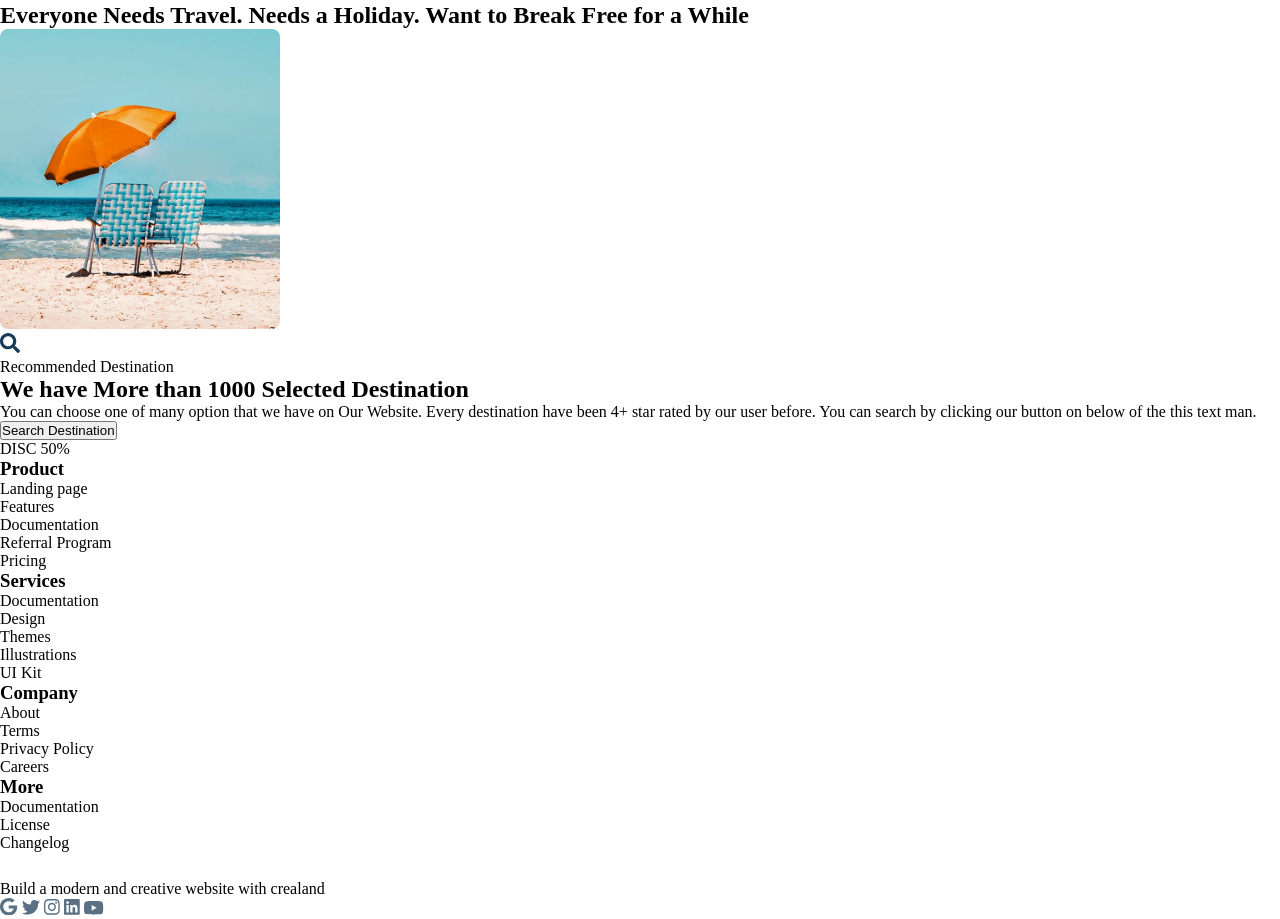
Repository: daviHmoraes/frontcomtailwind
Page: index.html
These files come from the project's save history. The page is drawn as it stood at one moment and after the next save; the edit follows.
The browser window is 1280 px wide. The pictures show the part of the page from y = 3904 to 4845 px (the page is 4823 px tall before and 4845 px after).
A picture or video elsewhere on the page could not be fetched, so the positions and the page height are approximate.

Above is the page before, as saved 2026-08-31 18:23:29.

### index.html
<!DOCTYPE html>
<html lang="en">
<head>
    <meta charset="UTF-8">
    <meta name="viewport" content="width=device-width, initial-scale=1.0">
    <title>Ehya - Home Page</title>
    <link rel="stylesheet" href="/css/style.css">
</head>
<body>

    <header>

        <section class="header">
            <img src="/img/Logo.svg" alt="Ehya Company Logo">
            <img src="/img/hamburguer-menu.svg" alt="Hamburguer menu Icon">
        </section>

        <section class="hero">

            <div class="hero-content">
                <h1>
                    Start Exploring to
                    Find Inner Peace
                    by Traveling
                </h1>

                <p>
                    Lost yourself with Vacation and
                    Travel into the place that you never
                    visit before. We have thousand
                    places in our database for you.
                </p>
            </div>

            <div class="form-card">

                <img src="/img/background-image.png" alt="Beach Background Image">

                <h2>
                    You can start search here
                </h2>

                <p>
                    Find thousand destination for travelling
                    with best prices. Apply “EHYA50” Code
                    on Payment Process.
                </p>

                <form>
                    <label for="where">Where</label><br>
                    <input type="text" id="where" name="where"><br>

                    <label for="checkin">Check In</label><br>
                    <input type="date" id="checkin" name="checkin"><br>

                    <label for="checkout">Check Out</label><br>
                    <input type="date" id="checkout" name="checkout"><br>

                    <label for="guests">Guests</label><br>
                    <input type="text" id="guests" name="guests"><br>

                    <input type="submit" id="submit">
                </form>
            </div>

            <img src="/img/circle.svg" alt="Circle Around the Arrow Icon">
            <img src="/img/south-arrow.svg" alt="South Pointing Arrow">

        </section>
    </header>

    <main>

        <section class="benefits">
            <h2>
                Travelya Benefit
                for User
            </h2>

            <p>
                We are self-service data analytics
                software that lets you create visually
                appealing data visualizations and
                insightful dashboards in minutes.
            </p>

            <div class="cards">
                <div class="card">
                    <img src="/img/card-icon/cheap-icon.svg" alt="Label Icon">

                    <div class="card-content">
                        <h3>
                            Cheap than Other
                        </h3>
                        <p>
                            Travelya is cheaper than other
                            travel agency.
                        </p>
                    </div>
                </div>

                <div class="card">
                    <img src="/img/card-icon/secure-icon.png" alt="Shield Icon">

                    <div class="card-content">
                        <h3>
                            Secure Payment
                        </h3>
                        <p>
                            You can pay your book without
                            doubt again.
                        </p>
                    </div>
                </div>

                <div class="card">
                    <img src="/img/card-icon/free-icon.svg" alt="AC Icon">

                    <div class="card-content">
                        <h3>
                            Free Amenities
                        </h3>
                        <p>
                            We guarantee you can give free amenities wherever
                            you are.
                        </p>
                    </div>
                </div>

                <div class="card">
                    <img src="/img/card-icon/top-icon.svg" alt="Crown Icon">

                    <div class="card-content">
                        <h3>
                            Top Rated
                        </h3>
                        <p>
                            Only show best destination
                            with 1000+ super review user
                        </p>
                    </div>
                </div>

                <div class="card">
                    <img src="/img/card-icon/best-icon.svg" alt="Medal Icon">

                    <div class="card-content">
                        <h3>
                            Best Offers
                        </h3>
                        <p>
                            Inform you about all best
                            offers for all destination
                        </p>
                    </div>
                </div>

                <div class="card">
                    <img src="/img/card-icon/easy-icon.svg" alt="Like Icon">

                    <div class="card-content">
                        <h3>
                            Easy Book
                        </h3>
                        <p>
                            Follow flow, Click, Pay. Wait.
                            Just wait e-ticket
                        </p>
                    </div>
                </div>

                <div class="card">
                    <img src="/img/card-icon/refund-icon.svg" alt="Hands Shell Icon">

                    <div class="card-content">
                        <h3>
                            Fast Refund
                        </h3>
                        <p>
                            If you canceled. We can refund
                            your money 1x12
                        </p>
                    </div>
                </div>

                <div class="card">
                    <img src="/img/card-icon/support-icon.svg" alt="Headphone Icon">

                    <div class="card-content">
                        <h3>
                            24/7 Support
                        </h3>
                        <p>
                            We’re ready help you anytime
                            and anywhere you are.
                        </p>
                    </div>
                </div>
            </div>
        </section>

        <section class="popular-destinations">
            <h2>
                Popular Destinations
            </h2>

            <div class="destinations">
                <div class="destination">
                    <img src="/img/destinations/venice.png" alt="Aerial Footage of Venice - Italy">
                    <h3>
                        Venice, Italy
                    </h3>
                    <p>
                        Travelling into the popular river in Italy
                    </p>
                    <button class="see-offers">
                        See Offers
                    </button>
                </div>

                <div class="destination">
                    <img src="/img/destinations/paris.png" alt="Aerial Footage of Paris - France">
                    <h3>
                        Paris, France
                    </h3>
                    <p>
                        Romance in popular world landmark
                    </p>
                    <button class="see-offers">
                        See Offers
                    </button>
                </div>

                <div class="destination">
                    <img src="/img/destinations/bali.png" alt="Aerial Footage of Bali - Indonesia">
                    <h3>
                        Bali, Indonesia
                    </h3>
                    <p>
                        See best sunset ver in the world
                    </p>
                    <button class="see-offers">
                        See Offers
                    </button>
                </div>

                <div class="destination">
                    <img src="/img/destinations/bali.png" alt="Aerial Footage of Santorini - Greece">
                    <h3>
                        Santorini, Greece
                    </h3>
                    <p>
                        Visit the 1000 Gods Country
                    </p>
                    <button class="see-offers">
                        See Offers
                    </button>
                </div>
            </div>

            <div class="see-offers">
                <a href="#">See All Offers</a>
                <img src="/img/east-arrow.svg" alt="East Pointing Arrow">
            </div>
        </section>

        <section class="about-travelya">
            <h3>
                ABOUT TRAVELYA
            </h3>

            <h1>
                Everyone Needs Travel. Needs a Holiday.
                Want to Break Free for a While
            </h1>

            <img src="/img/recommended-destination.png" alt="Beach Umbrella Footage">

            <div>
                <img src="/img/search.svg" alt="Search Bloom Icon">
                <p>Recommended Destination</p>
            </div>

            <h2>
                We have More than 1000
                Selected Destination
            </h2>

            <p>
                You can choose one of many option
                that we have on Our Website. Every
                destination have been 4+ star rated
                by our user before. You can search
                by clicking our button on below of
                the this text man.
            </p>

            <button class="search-destination">
                Search Destination
            </button>

            <div class="holiday-card">
                <span class="discount">DISC 50%</span>
                <h3></h3>
            </div>

        </section>

    </main>

    <footer>
        <div class="redirects">
            <article>
                <h3>Product</h3>
                <p>Landing page</p>
                <p>Features</p>
                <p>Documentation</p>
                <p>Referral Program</p>
                <p>Pricing</p>
            </article>

            <article>
                <h3>Services</h3>
                <p>Documentation</p>
                <p>Design</p>
                <p>Themes</p>
                <p>Illustrations</p>
                <p>UI Kit</p>
            </article>

            <article>
                <h3>Company</h3>
                <p>About</p>
                <p>Terms</p>
                <p>Privacy Policy</p>
                <p>Careers</p>
            </article>

            <article>
                <h3>More</h3>
                <p>Documentation</p>
                <p>License</p>
                <p>Changelog</p>
            </article>
        </div>

        <div class="footer-content">
            <img src="/img/logo.svg" alt="Logo da empresa Ehya">

            <p>
                Build a modern and creative website with crealand
            </p>

            <div class="contacts">
                <img src="/img/footer-icons/google.svg" alt="Redirect Contact Google icon">
                <img src="/img/footer-icons/twitter.svg" alt="Redirect Contact Twitter icon">
                <img src="/img/footer-icons/instagram.svg" alt="Redirect Contact Instagram icon">
                <img src="/img/footer-icons/linkedin.svg" alt="Redirect Contact Linkedin icon">
                <img src="/img/footer-icons/youtube.svg" alt="Redirect Contact Youtube icon">
            </div>

        </div>

    </footer>

</body>
</html>

### css/style.css
* {
    margin: 0;
    padding: 0;
    overflow-x: hidden;
}

After the next save:
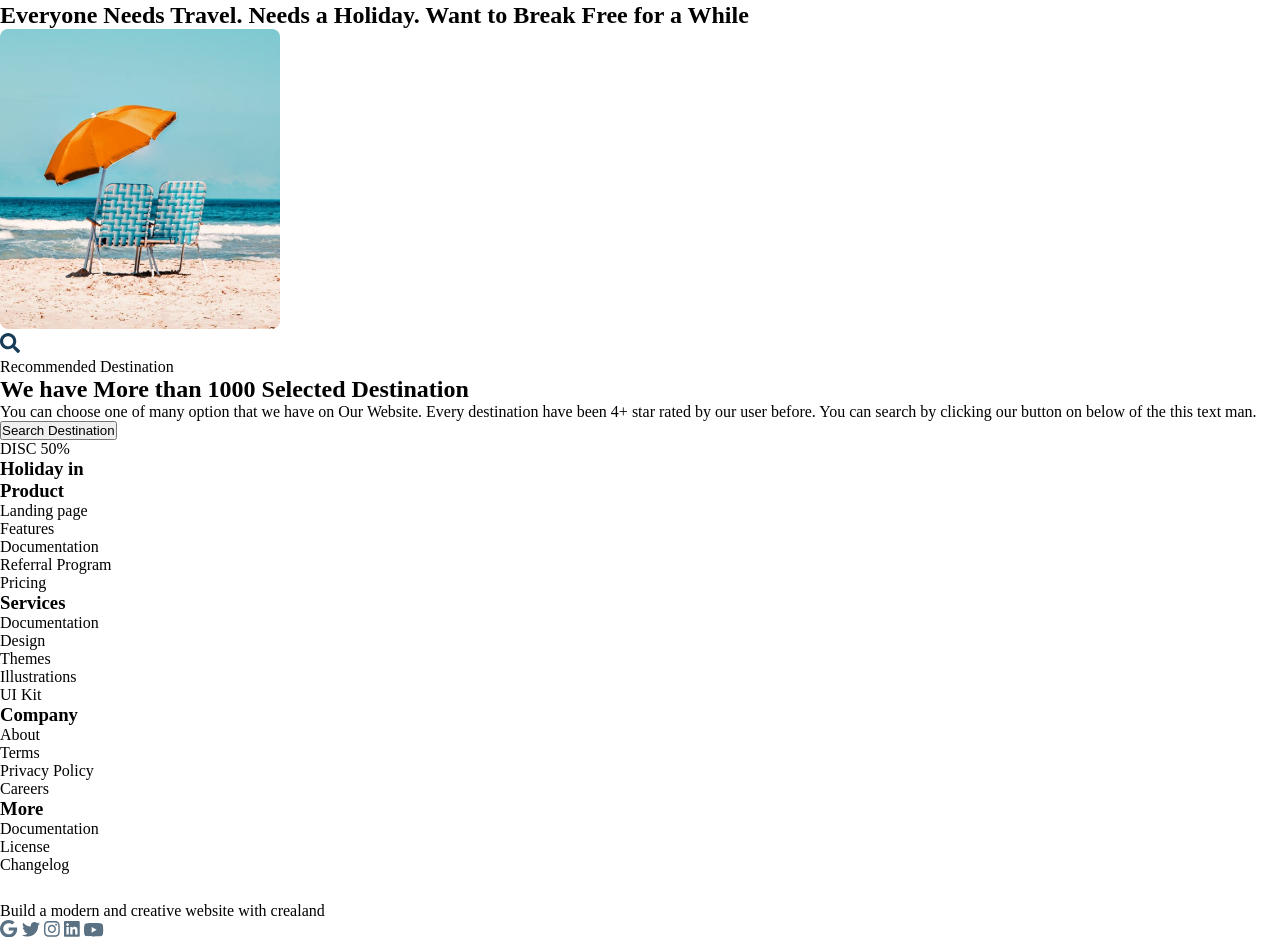
Saved 5 s later.
--- a/index.html
+++ b/index.html
@@ -301,7 +301,9 @@
 
             <div class="holiday-card">
                 <span class="discount">DISC 50%</span>
-                <h3></h3>
+                <h3>
+                    Holiday in
+                </h3>
             </div>
 
         </section>
